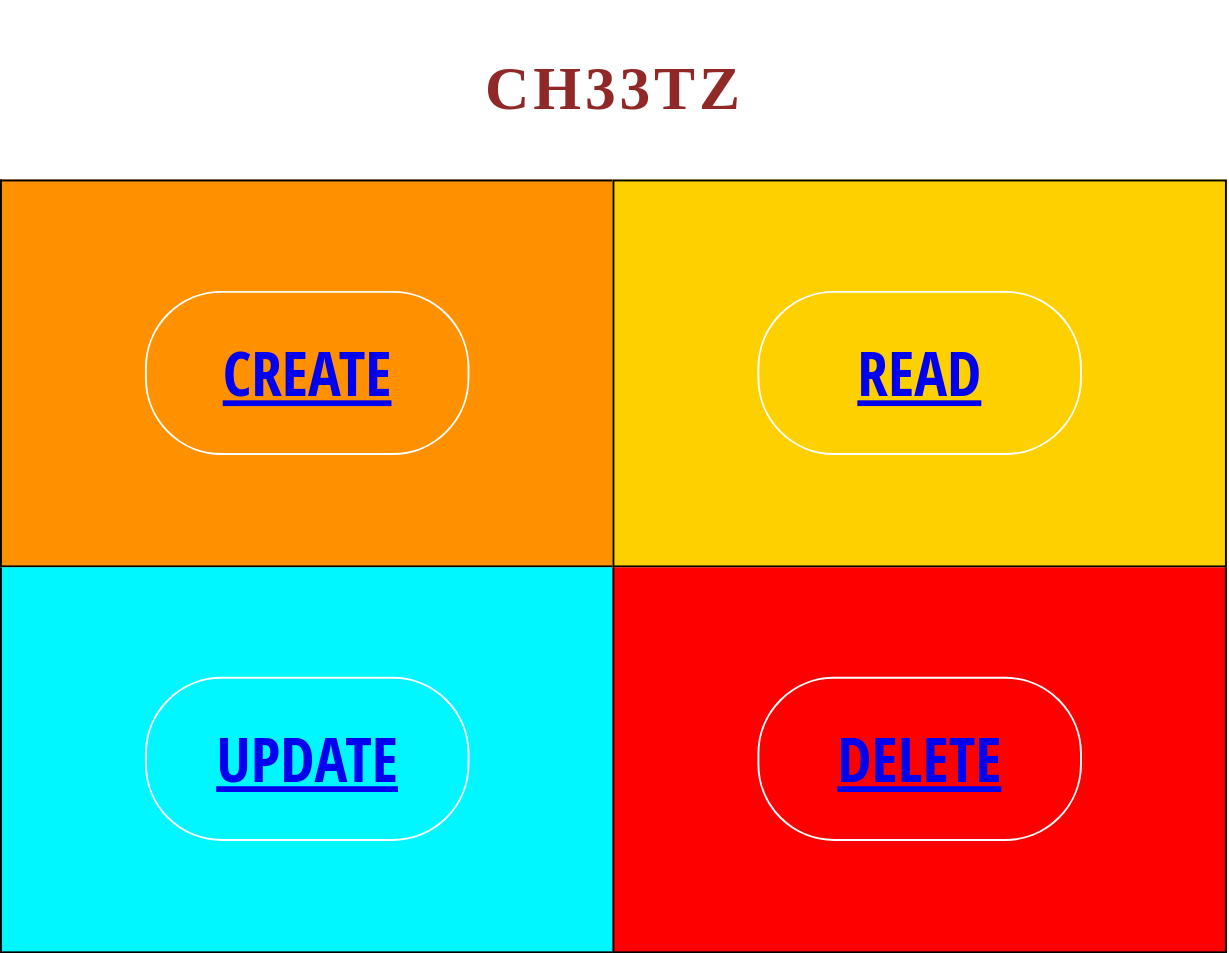
Repository: ivanmirandastavenuiter/spring-boot-mvc-crud
Page: http://localhost/ch33tz/
These files come from the project's save history. The page is drawn as it stood at one moment and after the next save; the edit follows.
The browser window is 1280 px wide. The pictures show the whole page, at 96% of full size.
Some web fonts or font styles are not loaded; a fallback is used. The page is served by Tomcat 9.

Above is the page before, as saved 2020-04-28 16:18:55.

After the next save:
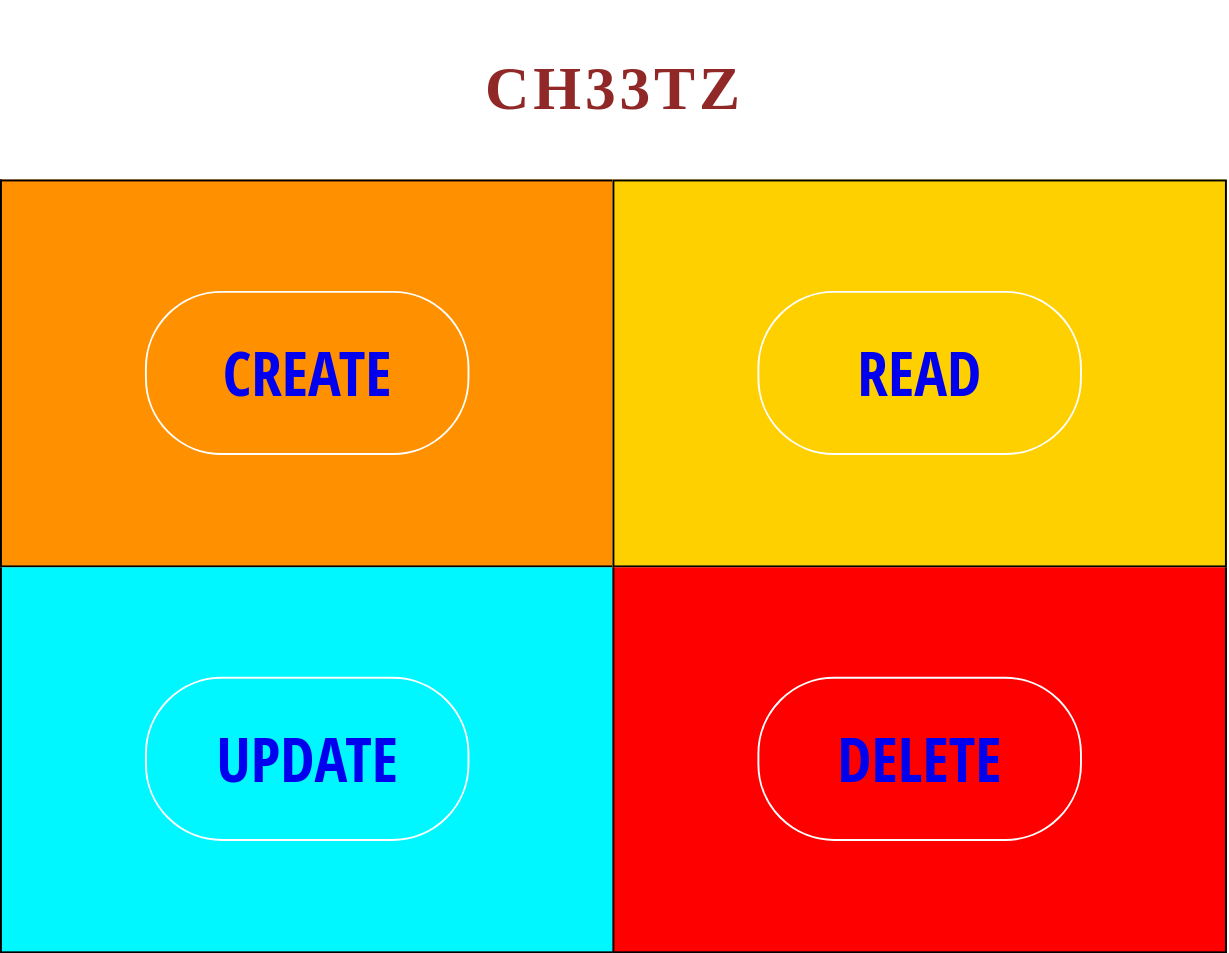
Saved 36 s later.
--- a/ch33tz/src/main/webapp/index.jsp
+++ b/ch33tz/src/main/webapp/index.jsp
@@ -74,6 +74,10 @@
             transition: color, border linear .3s;
         }
 
+        div.operation-label a {
+        	text-decoration: none;
+        }
+
         @media (max-width: 1000px) {
 
             div[class^="operation-item"] {
